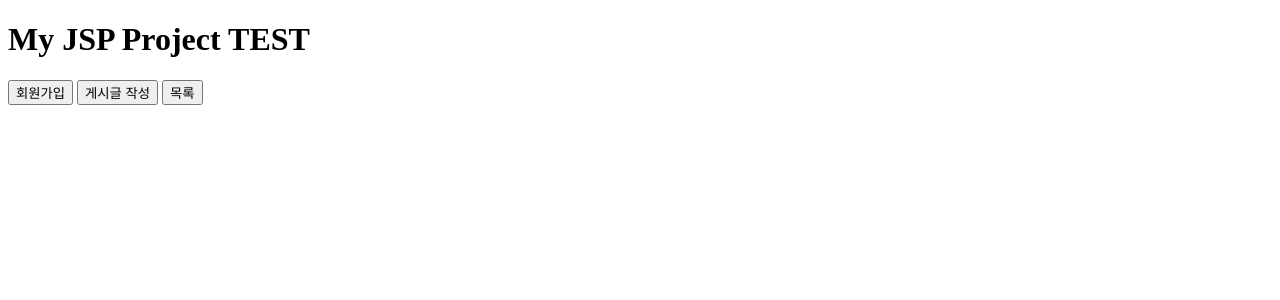
Repository: havanara/240416_JSP_Project
Page: http://localhost/jsp_study2/index.jsp
These files come from the project's save history. The page is drawn as it stood at one moment and after the next save; the edit follows.
The browser window is 1280 px wide. The pictures show the whole page.
The page is served by Tomcat 9. Other server files are loaded and not shown.

Above is the page before, as saved 2024-04-17 03:49:59.

### jsp_study2/src/main/webapp/index.jsp
<%@ page language="java" contentType="text/html; charset=UTF-8"
    pageEncoding="UTF-8"%>
    <%@taglib uri="http://java.sun.com/jsp/jstl/core" prefix="c"%>
<!DOCTYPE html>
<html>
<head>
<meta charset="UTF-8">
<title>Insert title here</title>
</head>
<body>
	<h1>My JSP Project TEST</h1>
	<c:if test="ses.id eq null">
		<form action="/mem/login" method="post">
		아이디 : <input type="text" name="id"> <br>
		비밀번호 : <input type="password" name="pwd"> <br>
		<button type="submit">로그인</button>
		</form>
	</c:if>
	<c:if test="ses.id ne null">
		<form action="/mem/login" method="post">
		아이디 : <input type="text" name="id"> <br>
		비밀번호 : <input type="password" name="pwd"> <br>
		<button type="submit">로그인</button>
		</form>
	</c:if>

	<a href="/mem/join"><button>회원가입</button></a>
	<a href="/brd/register"><button>게시글 작성</button></a>
	<a href="/brd/list"><button>목록</button></a>
</body>
</html>

After the next save:
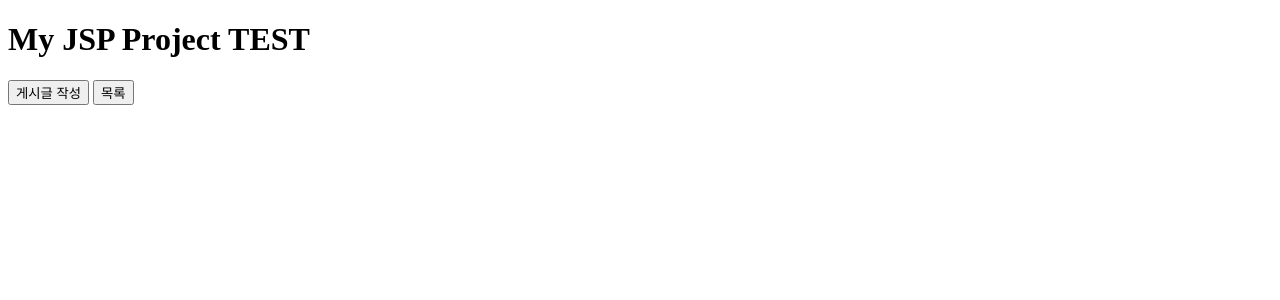
Saved 8 s later.
--- a/jsp_study2/src/main/webapp/index.jsp
+++ b/jsp_study2/src/main/webapp/index.jsp
@@ -14,6 +14,7 @@
 		아이디 : <input type="text" name="id"> <br>
 		비밀번호 : <input type="password" name="pwd"> <br>
 		<button type="submit">로그인</button>
+		<a href="/mem/join"><button>회원가입</button></a>
 		</form>
 	</c:if>
 	<c:if test="ses.id ne null">
@@ -24,7 +25,6 @@
 		</form>
 	</c:if>
 
-	<a href="/mem/join"><button>회원가입</button></a>
 	<a href="/brd/register"><button>게시글 작성</button></a>
 	<a href="/brd/list"><button>목록</button></a>
 </body>
